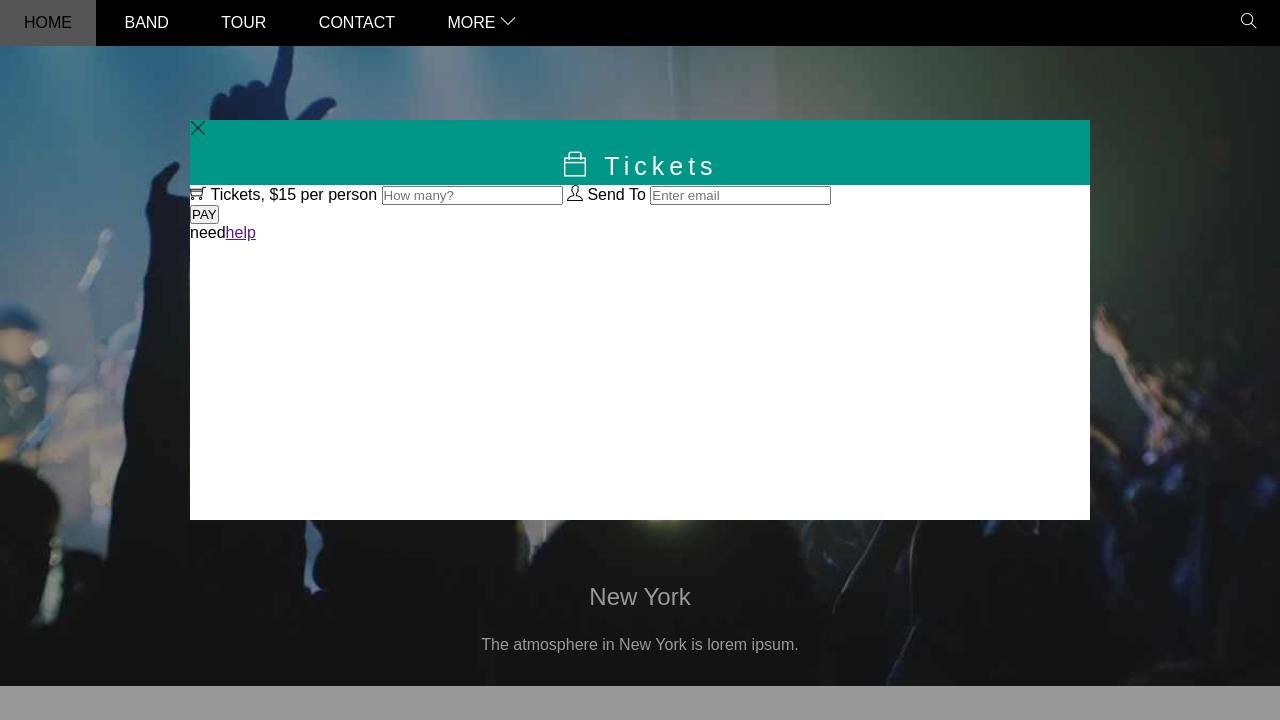
Repository: tung1233hhhhhhhhhhhhh/Website
Page: w3_band/index.html
An editor plug-in stored every save of this project. The page is shown before and after the next save, followed by the edit.
The browser window is 1280 px wide. The pictures show the window.
A layer covers the whole window, so only the first screen is drawn.

Above is the page before, as saved 2023-02-18 21:28:41.

### w3_band/index.html
<!DOCTYPE html>
<html lang="en">

<head>
    <meta charset="UTF-8">
    <meta http-equiv="X-UA-Compatible" content="IE=edge">
    <meta name="viewport" content="width=device-width, initial-scale=1.0">
    <title>Document</title>
    <link rel="stylesheet" href="./assets/css/style.css">
    <link rel="stylesheet" href="/w3_band/assets/fonts/themify-icons/themify-icons.css">
    <link rel="stylesheet" href="./modal.js">
</head>

<body>
    <div id="main">
        <div id="header">
            <div id="nav">
                <ul>
                    <li><a href="">Home</a></li>
                    <li><a href="">Band</a></li>
                    <li><a href="">Tour</a></li>
                    <li><a href="">Contact</a></li>
                    <li class="icon">
                        <a href="">
                            More
                            <i class="ti-angle-down"></i>
                        </a>
                        <div class="subnav">
                            <ul>
                                <li><a href="">Merchandise</a></li>
                                <li><a href="">Extras</a></li>
                                <li><a href="">Media</a></li>
                            </ul>
                        </div>
                    </li>
                </ul>
                <div class="icon-search">
                    <i class="ti-search"></i>
                </div>
            </div>
        </div>

        <div id="slider">
            <div class="silder-content">
                <h2 class="silder-heading">New York</h2>
                <p class="silder-discreption">The atmosphere in New York is lorem ipsum.</p>
            </div>
        </div>

        <div id="content">
            <!-- about content -->
            <div class="content-selection">
                <h2 class="text-heading">THE BAND</h2>
                <p class="text-sub-heading">We love music</p>
                <p class="text-content">
                    We have created a fictional band website. Lorem ipsum dolor sit amet, consectetur adipiscing elit,
                    sed do eiusmod tempor incididunt ut labore et dolore magna aliqua. Ut enim ad minim veniam, quis
                    nostrud exercitation ullamco laboris nisi ut aliquip ex ea commodo consequat. Duis aute irure dolor
                    in reprehenderit in voluptate velit esse cillum dolore eu fugiat nulla pariatur. Excepteur sint
                    occaecat cupidatat non proident, sunt in culpa qui officia deserunt mollit anim id est laborum
                    consectetur adipiscing elit, sed do eiusmod tempor incididunt ut labore et dolore magna aliqua. Ut
                    enim ad minim veniam, quis nostrud exercitation ullamco laboris nisi ut aliquip ex ea commodo
                    consequat.
                </p>
                <!-- img -->
                <div class="team-selection">
                    <div class="sub-selection">
                        <p class="text-selection">Team</p>
                        <img src="/w3_band/assets/img/name.jpg" alt="" class="img-selection">
                    </div>

                    <div class="sub-selection">
                        <p class="text-selection">Team</p>
                        <img src="/w3_band/assets/img/name.jpg" alt="" class="img-selection">
                    </div>

                    <div class="sub-selection">
                        <p class="text-selection">Team</p>
                        <img src="/w3_band/assets/img/name.jpg" alt="" class="img-selection">
                    </div>
                </div>
            </div>

            <!-- tour content -->

            <div class="content-tour">
                <div class="tour-body">
                    <div class="content-selection">
                        <h2 class="text-heading">TOUR DATES</h2>
                        <p class="text-sub-heading">Remember to book your tickets!</p>
                    </div>

                    <ul class="tour-text">
                        <li>
                            September
                            <span>Sold out</span>
                        </li>
                        <li>
                            October
                            <span>Sold out</span>
                        </li>
                        <li>
                            November
                            <span class="number">3</span>
                        </li>
                    </ul>

                    <div class="tour-list">
                        <div class="tourimg-selection">
                            <img src="/w3_band/assets/img/anh1.jpg" alt="">
                            <div class="container">
                                <p>
                                    <b>New York</b>
                                </p>
                                <p style="opacity: 0.6;">Fri 27 Nov 2016</p>
                                <p>Praesent tincidunt sed tellus ut rutrum sed vitae justo.</p>
                                <button> Buy Tickets</button>
                            </div>


                        </div>
                        <div class="tourimg-selection">
                            <img src="/w3_band/assets/img/anh2.jpg" alt="">
                            <div class="container">
                                <p>
                                    <b>Paris</b>
                                </p>
                                <p style="opacity: 0.6;">Sat 28 Nov 2016</p>
                                <p>Praesent tincidunt sed tellus ut rutrum sed vitae justo.</p>
                                <button> Buy Tickets</button>
                            </div>
                        </div>
                        <div class="tourimg-selection">
                            <img src="/w3_band/assets/img/anh3.jpg" alt="">
                            <div class="container">
                                <p>
                                    <b>San Francisco</b>
                                </p>
                                <p style="opacity: 0.6;">Sun 29 Nov 2016</p>
                                <p>Praesent tincidunt sed tellus ut rutrum sed vitae justo.</p>
                                <button> Buy Tickets</button>
                            </div>
                        </div>
                    </div>
                </div>
            </div>

            <!-- contact content -->

            <div class="contact-content">
                <div class="content-selection">
                    <h2 class="text-heading">CONTACT</h2>
                    <p class="text-sub-heading">Fan? Drop a note!</p>
                    <div class="contact">
                        <div class="contact-left">
                            <i class="ti-location-pin"></i>
                            Chicago, US
                            <br>
                            <i class="ti-mobile"></i>
                            Phone: +00 151515
                            <br>
                            <i class="ti-email"></i>
                            Email: mail@mail.com
                        </div>
                        <div class="contact-right">
                            <form action="">
                                <div class="account">
                                    <input type="text" placeholder="Name">
                                    <input type="text" placeholder="Email">
                                </div>
                                <input class="mes" type="text" placeholder="Message">
                                <button>SEND</button>
                            </form>
                        </div>
                    </div>
                </div>

            </div>

            <!-- image of location/map -->

            <div class="banner-image">
                <img src="/w3_band/assets/img/map.jpg" alt="">

            </div>


        </div>

        <div id="footer">
            <i class="ti-facebook"></i>
            <i class="ti-instagram"></i>
            <i class="ti-vimeo-alt"></i>
            <i class="ti-pinterest"></i>
            <i class="ti-twitter-alt"></i>
            <i class="ti-linkedin"></i>
            <p>Powered by <a href="">w3.css</a></p>
        </div>
    </div>
    <div class="modal">
        <div class="modal-container">
            <div class="modal-close">
                <i class="ti-close"></i>
            </div>
            <header>
                <i class="ti-bag"></i>
                Tickets

            </header>
            <div class="modal-body">
                <label for="" class="modal-lable">
                    <i class="ti-shopping-cart"></i>
                    Tickets, $15 per person
                </label>
                <input type="text" class="input-lable" placeholder="How many?">
                <label for="" class="modal-lable">
                    <i class="ti-user"></i>
                    Send To
                </label>
                <input type="text" class="input-lable" placeholder="Enter email">
            </div>
            <button class="modal-button">PAY</button>
            <p>need<a href="">help</a></p>

        </div>
    </div>


</body>

</html>

### w3_band/assets/css/style.css
* {
    padding: 0;
    margin: 0;
    box-sizing: border-box;
}

html {
    font-family: Arial, Helvetica, sans-serif;
}

#main {}

#header {
    height: 46px;
    background-color: #000;
    position: fixed;
    top: 0;
    right: 0;
    left: 0;
    z-index: 1;
}

#nav li {
    display: inline-block;
    position: relative;
}

#nav li:hover .subnav {
    display: block;
}

#nav>ul>li:hover>a>i,
#nav .subnav li:hover,
#nav>ul>li:hover>a {
    color: #000;
    background-color: #555;
}

#nav .subnav {
    display: none;
    position: absolute;
    background-color: #FFF;
    box-shadow: 0 0 20px rgba(0, 0, 0, 0.4);
}

#nav .subnav a {
    color: #000;
    padding: 0 12px;
    line-height: 38px;
}

#nav .subnav ul li {
    display: block;
    min-width: 150px;
}

#nav>ul>li>a {
    color: #fff;
    text-transform: uppercase;
}

#nav ul {
    display: inline-block;
}

#nav li a {
    text-decoration: none;
    line-height: 46px;
    padding: 0 24px;
    display: block;
}

#nav i {
    color: #fff;
    width: 20px;
}

#header .icon-search {
    display: block;
    float: right;
    line-height: 46px;
    padding: 0 23px;
}

#header .icon-search:hover {
    cursor: pointer;
    background-color: #f44336;
}

#slider {
    margin-top: 46px;
    padding-top: 50%;
    background: url(/w3_band/assets/img/ny.jpg) top center / cover no-repeat;
    position: relative;
}

.silder-content {
    position: absolute;
    bottom: 0;
    color: #fff;
    padding-bottom: 32px;
    text-align: center;
    width: 100%;
}

.silder-heading {
    font-weight: 500;
}

.silder-discreption {
    margin-top: 25px;
}

#content {}

#content .content-selection {
    padding: 64px 0px;
    margin-left: auto;
    margin-right: auto;
    width: 800px;
}

#content .content-selection .text-heading {
    text-align: center;
    font-size: 30px;
    font-weight: 500;
    letter-spacing: 4px;
}

#content .content-selection .text-sub-heading {
    text-align: center;
    font-size: 15px;
    margin-top: 25px;
    opacity: 0.6;
    font-style: italic;
}

#content .content-selection .text-content {
    font-size: 15px;
    margin-top: 25px;
    text-align: justify;
    line-height: 1.4;
}

#content .content-selection .team-selection {
    padding-top: 47px;
    padding-bottom: 32px;
    justify-items: space-between;
}

#content .team-selection .sub-selection {
    display: inline-block;
    text-align: center;
}

#content .sub-selection p {
    margin: 15px 0;
}



#content .team-selection .img-selection {
    width: 60%;
    border-radius: 4px;
    margin-bottom: 16px;
}

/* tour content  */


#content .content-tour {
    height: 850px;
    background-color: #000;
    color: #fff;
}

#content .content-tour .tour-body {
    width: 800px;
    margin-left: auto;
    margin-right: auto;
}

#content .content-tour .tour-text {
    background-color: #FFF;
    display: block;
    color: #000;
}

#content .tour-text>li {
    height: 22, 5px;
    padding: 8px 16px;
    list-style: none;
}

#content .tour-text>li:first-child {
    border-bottom: 1px solid #999;
}

#content .tour-text>li:last-child {
    border-top: 1px solid #999;
}

#content .tour-text span {
    /* border-radius: 4px; */
    display: inline-block;
    background-color: red;
    padding: 4px;
    margin-left: 4px;
    color: #fff;
}

#content .tour-text .number {
    /* margin-left: 50px; */
    background-color: black;
    float: right;
    border-radius: 50%;
    margin-top: -3px;
}

#content .tour-list {
    padding: 32px 0;
    right: 0;
    left: 0;
    margin: 0 -8px;
    position: relative;
}

#content .tourimg-selection {
    width: 33.33333%;
    float: left;
    padding: 0 8px;
    justify-content: space-between;
}

#content .tourimg-selection .container {
    /* text-align: center; */
    background-color: #fff;
    color: #000;
    height: 204px;
    padding-left: 16px;
    font-size: 15px;
    line-height: 1.5;
    margin-top: -4px;
    margin-bottom: 15px;
}



#content .tourimg-selection .container>p {
    padding-top: 15px;
}

#content .tourimg-selection .container button {
    color: #fff;
    background-color: #000;
    margin-top: 15px;
    text-align: center;
    cursor: pointer;
    white-space: nowrap;
    border: none;
    display: inline-block;
    padding: 8px 16px;
    vertical-align: middle;
    overflow: hidden;
    text-decoration: none;
}

#content .container button:hover {
    background-color: #ccc;
    color: #000;
}

#content .tourimg-selection img {
    width: 100%;
    background-image: cover;
}

/* contact content */


#content .contact-content {
    padding: 45px 0;
}

#content .contact {
    padding-top: 47px;
    padding-bottom: 32px;
}

#content .contact .contact-left {
    width: 49%;
    display: inline-block;
    font-size: 18px;
}

#content .contact .contact-left i {
    display: inline-block;
    font-size: inherit;
    width: 30px;
    line-height: 1.5;
}

#content .contact .contact-right {
    width: 49%;
    /* display: inline-block; */
    float: right;
}


.contact .contact-right form {
    width: 400px;
    position: relative;
    display: inline-block
}

.contact .contact-right form .account {
    margin-bottom: 10px;
}

.contact .contact-right .account input {
    padding: 8px;
    margin-right: 16px;
}

.contact .contact-right form .mes {
    width: 95.7%;
    padding: 8px;
}

.contact .contact-right form button {
    /* position: absolute; */
    margin: 16px 0;
    padding: 8px 16px;
    margin-left: 309px;
    background-color: black;
    color: #fff;
}

.contact .contact-right form button:hover {
    cursor: pointer;
    background-color: #ccc;
    color: black;
    border: none;
}

/* image of location/map */

.banner-image img {
    width: 100%;
    filter: grayscale(50%);
}

#content {}


#footer {
    padding: 64px 16px;
    text-align: center;
    justify-content: center;
    opacity: 0.6;
}

#footer p {
    margin: 30px 0;
    display: block;
    font-size: 15px;
}

#footer i {
    font-size: 25px;

    display: inline-block;
    text-rendering: auto;
}


.modal {
    position: fixed;
    top: 0;
    left: 0;
    right: 0;
    bottom: 0;

    background-color: rgba(0, 0, 0, 0.4);
}

.modal .modal-container {
    width: 900px;
    height: 400px;
    background-color: #FFF;
    margin: 0 auto;
    transform: translateY(30%);
    position: relative;
}

.modal .modal-container .modal-close {
    position: absolute;
}

.modal header {
    width: 900px;
    height: 65px;
    padding: 32px 16px;
    background-color: #009688;
    font-size: 25px;
    color: #FFF;
    letter-spacing: 5px;
    text-align: center;
    /* transform: translateY(50%); */
    align-items: center;


}

Loaded but not shown: w3_band/assets/fonts/themify-icons/themify-icons.css (common file); w3_band/modal.js (no stored copy; drawn as an empty file)

After the next save:
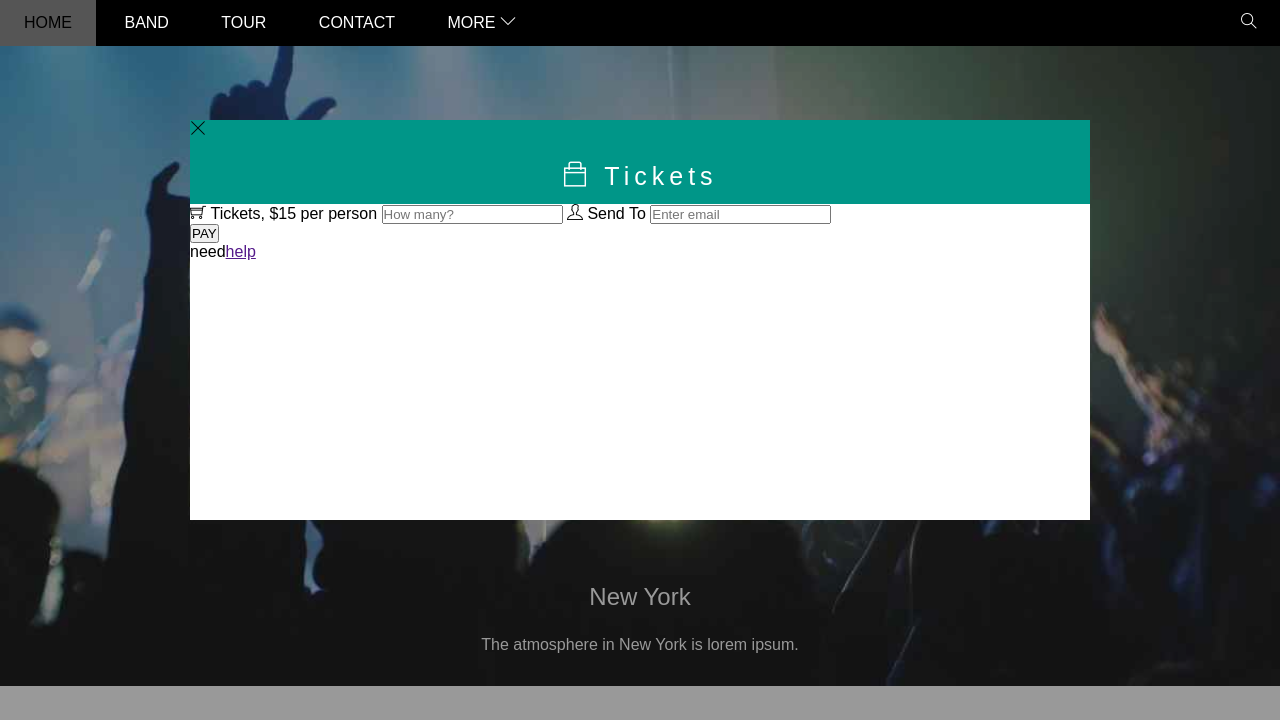
Saved 11 s later.
--- a/w3_band/assets/css/style.css
+++ b/w3_band/assets/css/style.css
@@ -400,7 +400,7 @@
 .modal header {
     width: 900px;
     height: 65px;
-    padding: 32px 16px;
+    padding: 42px 16px;
     background-color: #009688;
     font-size: 25px;
     color: #FFF;
